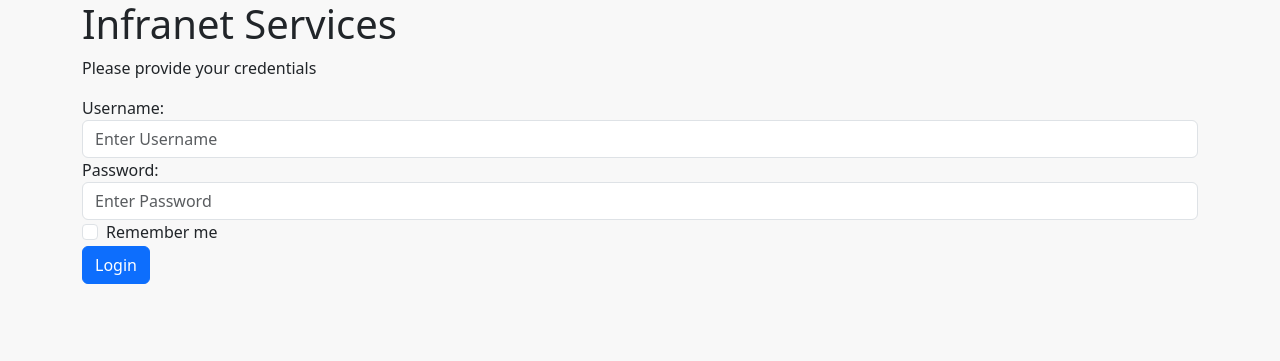
Repository: aache/call-log-management
Page: /
An editor plug-in stored every save of this project. The page is shown before and after the next save, followed by the edit.
The browser window is 1280 px wide. The pictures show the whole page.
The project was rebuilt for these pictures with package versions that can differ from the ones it lists, and the page was loaded fresh each time. Also part of the build but not shown: angular.json, src/app/dashboard/dashboard.component.ts, src/app/dashboard/primary/primary.component.ts, src/app/services/Dashboard/primary.service.ts, src/app/dashboard/green/green.component.ts, src/app/dashboard/red/red.component.ts.

Above is the page before, as saved 2019-01-07 22:15:21.

### src/index.html
<!doctype html>
<html lang="en">
<head>
  <meta charset="utf-8">
  <title>CallLogApp</title>

  <base href="/">

  <meta name="viewport" content="width=device-width, initial-scale=1">
  <link rel="icon" type="image/x-icon" href="favicon.ico">
</head>
<body>
  <app-root></app-root>
</body>
</html>

### src/sb-admin/sb-admin-2.css
/*!
 * Start Bootstrap - SB Admin 2 v3.3.7+1 (http://startbootstrap.com/template-overviews/sb-admin-2)
 * Copyright 2013-2016 Start Bootstrap
 * Licensed under MIT (https://github.com/BlackrockDigital/startbootstrap/blob/gh-pages/LICENSE)
 */
body {
  background-color: #f8f8f8;
}
#wrapper {
  width: 100%;
}
#page-wrapper {
  padding: 0 15px;
  min-height: 568px;
  background-color: white;
}
@media (min-width: 768px) {
  #page-wrapper {
    position: inherit;
    margin: 0 0 0 250px;
    padding: 0 30px;
    border-left: 1px solid #e7e7e7;
  }
}
.navbar-top-links {
  margin-right: 0;
}
.navbar-top-links li {
  display: inline-block;
}
.navbar-top-links li:last-child {
  margin-right: 15px;
}
.navbar-top-links li a {
  padding: 15px;
  min-height: 50px;
}
.navbar-top-links .dropdown-menu li {
  display: block;
}
.navbar-top-links .dropdown-menu li:last-child {
  margin-right: 0;
}
.navbar-top-links .dropdown-menu li a {
  padding: 3px 20px;
  min-height: 0;
}
.navbar-top-links .dropdown-menu li a div {
  white-space: normal;
}
.navbar-top-links .dropdown-messages,
.navbar-top-links .dropdown-tasks,
.navbar-top-links .dropdown-alerts {
  width: 310px;
  min-width: 0;
}
.navbar-top-links .dropdown-messages {
  margin-left: 5px;
}
.navbar-top-links .dropdown-tasks {
  margin-left: -59px;
}
.navbar-top-links .dropdown-alerts {
  margin-left: -123px;
}
.navbar-top-links .dropdown-user {
  right: 0;
  left: auto;
}
.sidebar .sidebar-nav.navbar-collapse {
  padding-left: 0;
  padding-right: 0;
}
.sidebar .sidebar-search {
  padding: 15px;
}
.sidebar ul li {
  border-bottom: 1px solid #e7e7e7;
}
.sidebar ul li a.active {
  background-color: #eeeeee;
}
.sidebar .arrow {
  float: right;
}
.sidebar .fa.arrow:before {
  content: "\f104";
}
.sidebar .active > a > .fa.arrow:before {
  content: "\f107";
}
.sidebar .nav-second-level li,
.sidebar .nav-third-level li {
  border-bottom: none !important;
}
.sidebar .nav-second-level li a {
  padding-left: 37px;
}
.sidebar .nav-third-level li a {
  padding-left: 52px;
}
@media (min-width: 768px) {
  .sidebar {
    z-index: 1;
    position: absolute;
    width: 250px;
    margin-top: 51px;
  }
  .navbar-top-links .dropdown-messages,
  .navbar-top-links .dropdown-tasks,
  .navbar-top-links .dropdown-alerts {
    margin-left: auto;
  }
}
.btn-outline {
  color: inherit;
  background-color: transparent;
  transition: all .5s;
}
.btn-primary.btn-outline {
  color: #428bca;
}
.btn-success.btn-outline {
  color: #5cb85c;
}
.btn-info.btn-outline {
  color: #5bc0de;
}
.btn-warning.btn-outline {
  color: #f0ad4e;
}
.btn-danger.btn-outline {
  color: #d9534f;
}
.btn-primary.btn-outline:hover,
.btn-success.btn-outline:hover,
.btn-info.btn-outline:hover,
.btn-warning.btn-outline:hover,
.btn-danger.btn-outline:hover {
  color: white;
}
.chat {
  margin: 0;
  padding: 0;
  list-style: none;
}
.chat li {
  margin-bottom: 10px;
  padding-bottom: 5px;
  border-bottom: 1px dotted #999999;
}
.chat li.left .chat-body {
  margin-left: 60px;
}
.chat li.right .chat-body {
  margin-right: 60px;
}
.chat li .chat-body p {
  margin: 0;
}
.panel .slidedown .glyphicon,
.chat .glyphicon {
  margin-right: 5px;
}
.chat-panel .panel-body {
  height: 350px;
  overflow-y: scroll;
}
.login-panel {
  margin-top: 25%;
}
.flot-chart {
  display: block;
  height: 400px;
}
.flot-chart-content {
  width: 100%;
  height: 100%;
}
table.dataTable thead .sorting,
table.dataTable thead .sorting_asc,
table.dataTable thead .sorting_desc,
table.dataTable thead .sorting_asc_disabled,
table.dataTable thead .sorting_desc_disabled {
  background: transparent;
}
table.dataTable thead .sorting_asc:after {
  content: "\f0de";
  float: right;
  font-family: fontawesome;
}
table.dataTable thead .sorting_desc:after {
  content: "\f0dd";
  float: right;
  font-family: fontawesome;
}
table.dataTable thead .sorting:after {
  content: "\f0dc";
  float: right;
  font-family: fontawesome;
  color: rgba(50, 50, 50, 0.5);
}
.btn-circle {
  width: 30px;
  height: 30px;
  padding: 6px 0;
  border-radius: 15px;
  text-align: center;
  font-size: 12px;
  line-height: 1.428571429;
}
.btn-circle.btn-lg {
  width: 50px;
  height: 50px;
  padding: 10px 16px;
  border-radius: 25px;
  font-size: 18px;
  line-height: 1.33;
}
.btn-circle.btn-xl {
  width: 70px;
  height: 70px;
  padding: 10px 16px;
  border-radius: 35px;
  font-size: 24px;
  line-height: 1.33;
}
.show-grid [class^="col-"] {
  padding-top: 10px;
  padding-bottom: 10px;
  border: 1px solid #ddd;
  background-color: #eee !important;
}
.show-grid {
  margin: 15px 0;
}
.huge {
  font-size: 40px;
}
.panel-green {
  border-color: #5cb85c;
}
.panel-green > .panel-heading {
  border-color: #5cb85c;
  color: white;
  background-color: #5cb85c;
}
.panel-green > a {
  color: #5cb85c;
}
.panel-green > a:hover {
  color: #3d8b3d;
}
.panel-red {
  border-color: #d9534f;
}
.panel-red > .panel-heading {
  border-color: #d9534f;
  color: white;
  background-color: #d9534f;
}
.panel-red > a {
  color: #d9534f;
}
.panel-red > a:hover {
  color: #b52b27;
}
.panel-yellow {
  border-color: #f0ad4e;
}
.panel-yellow > .panel-heading {
  border-color: #f0ad4e;
  color: white;
  background-color: #f0ad4e;
}
.panel-yellow > a {
  color: #f0ad4e;
}
.panel-yellow > a:hover {
  color: #df8a13;
}
.timeline {
  position: relative;
  padding: 20px 0 20px;
  list-style: none;
}
.timeline:before {
  content: " ";
  position: absolute;
  top: 0;
  bottom: 0;
  left: 50%;
  width: 3px;
  margin-left: -1.5px;
  background-color: #eeeeee;
}
.timeline > li {
  position: relative;
  margin-bottom: 20px;
}
.timeline > li:before,
.timeline > li:after {
  content: " ";
  display: table;
}
.timeline > li:after {
  clear: both;
}
.timeline > li:before,
.timeline > li:after {
  content: " ";
  display: table;
}
.timeline > li:after {
  clear: both;
}
.timeline > li > .timeline-panel {
  float: left;
  position: relative;
  width: 46%;
  padding: 20px;
  border: 1px solid #d4d4d4;
  border-radius: 2px;
  -webkit-box-shadow: 0 1px 6px rgba(0, 0, 0, 0.175);
  box-shadow: 0 1px 6px rgba(0, 0, 0, 0.175);
}
.timeline > li > .timeline-panel:before {
  content: " ";
  display: inline-block;
  position: absolute;
  top: 26px;
  right: -15px;
  border-top: 15px solid transparent;
  border-right: 0 solid #ccc;
  border-bottom: 15px solid transparent;
  border-left: 15px solid #ccc;
}
.timeline > li > .timeline-panel:after {
  content: " ";
  display: inline-block;
  position: absolute;
  top: 27px;
  right: -14px;
  border-top: 14px solid transparent;
  border-right: 0 solid #fff;
  border-bottom: 14px solid transparent;
  border-left: 14px solid #fff;
}
.timeline > li > .timeline-badge {
  z-index: 100;
  position: absolute;
  top: 16px;
  left: 50%;
  width: 50px;
  height: 50px;
  margin-left: -25px;
  border-radius: 50% 50% 50% 50%;
  text-align: center;
  font-size: 1.4em;
  line-height: 50px;
  color: #fff;
  background-color: #999999;
}
.timeline > li.timeline-inverted > .timeline-panel {
  float: right;
}
.timeline > li.timeline-inverted > .timeline-panel:before {
  right: auto;
  left: -15px;
  border-right-width: 15px;
  border-left-width: 0;
}
.timeline > li.timeline-inverted > .timeline-panel:after {
  right: auto;
  left: -14px;
  border-right-width: 14px;
  border-left-width: 0;
}
.timeline-badge.primary {
  background-color: #2e6da4 !important;
}
.timeline-badge.success {
  background-color: #3f903f !important;
}
.timeline-badge.warning {
  background-color: #f0ad4e !important;
}
.timeline-badge.danger {
  background-color: #d9534f !important;
}
.timeline-badge.info {
  background-color: #5bc0de !important;
}
.timeline-title {
  margin-top: 0;
  color: inherit;
}
.timeline-body > p,
.timeline-body > ul {
  margin-bottom: 0;
}
.timeline-body > p + p {
  margin-top: 5px;
}
@media (max-width: 767px) {
  ul.timeline:before {
    left: 40px;
  }
  ul.timeline > li > .timeline-panel {
    width: calc(10%);
    width: -moz-calc(10%);
    width: -webkit-calc(10%);
  }
  ul.timeline > li > .timeline-badge {
    top: 16px;
    left: 15px;
    margin-left: 0;
  }
  ul.timeline > li > .timeline-panel {
    float: right;
  }
  ul.timeline > li > .timeline-panel:before {
    right: auto;
    left: -15px;
    border-right-width: 15px;
    border-left-width: 0;
  }
  ul.timeline > li > .timeline-panel:after {
    right: auto;
    left: -14px;
    border-right-width: 14px;
    border-left-width: 0;
  }
}

### src/app/app.module.ts
import { BrowserModule } from '@angular/platform-browser';
import { NgModule } from '@angular/core';
import { AppRoutingModule } from './app-routing.module';
import { ReactiveFormsModule } from '@angular/forms';

import { AppComponent } from './app.component';
import { LoginComponent } from './login/login.component';
import { DashboardComponent } from './dashboard/dashboard.component';
import { VerticalNavigationComponent } from './vertical-navigation/vertical-navigation.component';


import { LoginAuthService } from './services/login/login-auth.service';
import { AppSettings } from './app-settings';
import { PrimaryComponent } from './dashboard/primary/primary.component';
import { GreenComponent } from './dashboard/green/green.component';
import { RedComponent } from './dashboard/red/red.component';

@NgModule({
  declarations: [
    AppComponent,
    LoginComponent,
    DashboardComponent,
    VerticalNavigationComponent,
    PrimaryComponent,
    GreenComponent,
    RedComponent
  ],
  imports: [
    BrowserModule,
    AppRoutingModule,
    ReactiveFormsModule
  ],
  providers: [
    AppSettings,
    LoginAuthService
  ],
  bootstrap: [AppComponent]
})
export class AppModule { }

### src/app/app-routing.module.ts
import { NgModule } from '@angular/core';
import { Routes, RouterModule } from '@angular/router';
import { AppComponent } from './app.component';
import { LoginComponent } from './login/login.component';
import { DashboardComponent } from './dashboard/dashboard.component';

const routes: Routes = [
  {path: 'dashboard' , component: DashboardComponent},
  {path: '' , component: LoginComponent}
];

@NgModule({
  imports: [RouterModule.forRoot(routes)],
  exports: [RouterModule]
})
export class AppRoutingModule { }

### src/app/app.component.ts
import { Component } from '@angular/core';

@Component({
  selector: 'app-root',
  templateUrl: './app.component.html',
  styleUrls: ['./app.component.css' ]
})
export class AppComponent {
  title = 'call-log-app';
}

### src/app/login/login.component.ts
import { Component, OnInit } from '@angular/core';
import { FormBuilder, FormGroup, Validators } from '@angular/forms';
import { LoginAuthService } from '../services/login/login-auth.service';

@Component({
  selector: 'app-login',
  templateUrl: './login.component.html',
  styleUrls: ['./login.component.css']
})
export class LoginComponent implements OnInit {
  loginForm: FormGroup;
  submitted: boolean;
  constructor(
    private formBuilder: FormBuilder,
    private loginAuthService: LoginAuthService
  ) {}

  ngOnInit() {
    this.loginForm = this.formBuilder.group({
      username: ['', Validators.required],
      password: ['', Validators.required]
    });
  }

  get f() { return this.loginForm.controls; }

  onSubmit() {
    this.submitted = true ;

    // stop here if form is invalid
      if (this.loginForm.invalid) {
        return;
      }
      this.loginAuthService.printLogin(this.f.username.value, this.f.password.value);
  }
}

### src/app/services/login/login-auth.service.ts
import { Injectable } from '@angular/core';
import { AppSettings } from '../../app-settings';

@Injectable({
  providedIn: 'root'
})
export class LoginAuthService {

  constructor() { }
  printLogin(username: String, password: String) {
    console.log(username + '::::' + password + AppSettings.API_ENDPOINT);
  }
}

### src/app/app-settings.ts
export class AppSettings {
    public static API_ENDPOINT = 'http://127.0.0.1:3000/api/';
}

### src/app/app.component.html
<!--The content below is only a placeholder and can be replaced.-->
<!--app-vertical-navigation></app-vertical-navigation-->
<router-outlet></router-outlet>

### src/app/login/login.component.html
<div class="container">
  <div class="jumbotron">
    <h1>Infranet Services</h1>
    <p>Please provide your credentials</p>
    <div class="form-group">
      <form [formGroup]="loginForm" (ngSubmit)="onSubmit()">
                <label for="username">Username:</label>
                <input type="text" placeholder="Enter Username" formControlName="username" class="primary form-control col-md-6">
                    <div *ngIf="submitted" >
                      <div *ngIf="loginForm.get('username').errors?.required" class="alert alert-danger col-md-6">Username is required</div>
                    </div>

                <label for="password">Password:</label>
                <input type="password" placeholder="Enter Password" formControlName="password" class="primary form-control col-md-6">
                  <div *ngIf="submitted" >
                    <div *ngIf="loginForm.get('password').errors?.required" class="alert alert-danger col-md-6">Password is required</div>
                  </div>

                <div class="form-group form-check">
                    <label class="form-check-label">
                      <input class="form-check-input" type="checkbox" name="remember"> Remember me
                    </label>
                  </div>

                <button type="submit" class="btn btn-primary">Login</button>
    </form>
  </div>
  </div>

</div>

### src/app/vertical-navigation/vertical-navigation.component.ts
import { Component, OnInit } from '@angular/core';

@Component({
  selector: 'app-vertical-navigation',
  templateUrl: './vertical-navigation.component.html',
  styleUrls: ['./vertical-navigation.component.css']
})
export class VerticalNavigationComponent implements OnInit {

  constructor() { }

  ngOnInit() {
  }

}

### src/app/vertical-navigation/vertical-navigation.component.html
<ul class="nav in" id="side-menu">
  <li class="sidebar-search">
      <div class="input-group custom-search-form">
          <input type="text" class="form-control" placeholder="Search...">
          <span class="input-group-btn">
          <button class="btn btn-default" type="button">
              <i class="fa fa-search"></i>
          </button>
      </span>
      </div>
      <!-- /input-group -->
  </li>
  <li>
      <a href="index.html" class="active"><i class="fa fa-dashboard fa-fw"></i> Dashboard</a>
  </li>
  <li>
      <a href="#"><i class="fa fa-bar-chart-o fa-fw"></i> Charts<span class="fa arrow"></span></a>
      <ul class="nav nav-second-level collapse">
          <li>
              <a href="flot.html">Flot Charts</a>
          </li>
          <li>
              <a href="morris.html">Morris.js Charts</a>
          </li>
      </ul>
      <!-- /.nav-second-level -->
  </li>
  <li>
      <a href="tables.html"><i class="fa fa-table fa-fw"></i> Tables</a>
  </li>
  <li>
      <a href="forms.html"><i class="fa fa-edit fa-fw"></i> Forms</a>
  </li>
  <li>
      <a href="#"><i class="fa fa-wrench fa-fw"></i> UI Elements<span class="fa arrow"></span></a>
      <ul class="nav nav-second-level collapse">
          <li>
              <a href="panels-wells.html">Panels and Wells</a>
          </li>
          <li>
              <a href="buttons.html">Buttons</a>
          </li>
          <li>
              <a href="notifications.html">Notifications</a>
          </li>
          <li>
              <a href="typography.html">Typography</a>
          </li>
          <li>
              <a href="icons.html"> Icons</a>
          </li>
          <li>
              <a href="grid.html">Grid</a>
          </li>
      </ul>
      <!-- /.nav-second-level -->
  </li>
  <li>
      <a href="#"><i class="fa fa-sitemap fa-fw"></i> Multi-Level Dropdown<span class="fa arrow"></span></a>
      <ul class="nav nav-second-level collapse">
          <li>
              <a href="#">Second Level Item</a>
          </li>
          <li>
              <a href="#">Second Level Item</a>
          </li>
          <li>
              <a href="#">Third Level <span class="fa arrow"></span></a>
              <ul class="nav nav-third-level collapse">
                  <li>
                      <a href="#">Third Level Item</a>
                  </li>
                  <li>
                      <a href="#">Third Level Item</a>
                  </li>
                  <li>
                      <a href="#">Third Level Item</a>
                  </li>
                  <li>
                      <a href="#">Third Level Item</a>
                  </li>
              </ul>
              <!-- /.nav-third-level -->
          </li>
      </ul>
      <!-- /.nav-second-level -->
  </li>
  <li>
      <a href="#"><i class="fa fa-files-o fa-fw"></i> Sample Pages<span class="fa arrow"></span></a>
      <ul class="nav nav-second-level collapse">
          <li>
              <a href="blank.html">Blank Page</a>
          </li>
          <li>
              <a href="login.html">Login Page</a>
          </li>
      </ul>
      <!-- /.nav-second-level -->
  </li>
</ul>

Loaded but not shown: src/styles.css (common file); src/sb-admin/bootstrap-social.css (library); src/sb-admin/font-awesome.css (library); src/main.ts (common file); src/environments/environment.ts (common file); src/app/app.component.css (no stored copy; drawn as an empty file); src/app/login/login.component.css (no stored copy; drawn as an empty file); src/app/vertical-navigation/vertical-navigation.component.css (no stored copy; drawn as an empty file)

After the next save:
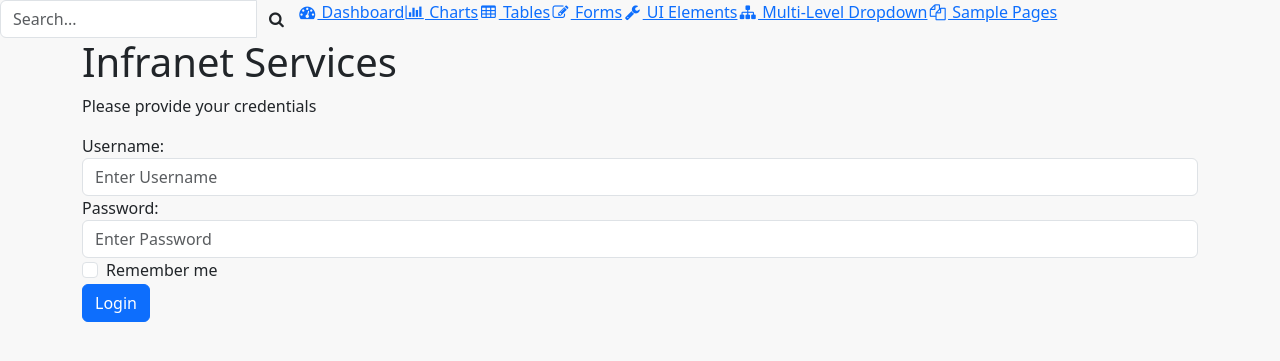
Saved 55 min 55 s later.
--- a/src/app/app.component.html
+++ b/src/app/app.component.html
@@ -1,3 +1,3 @@
 <!--The content below is only a placeholder and can be replaced.-->
-<!--app-vertical-navigation></app-vertical-navigation-->
+<app-vertical-navigation></app-vertical-navigation>
 <router-outlet></router-outlet>
